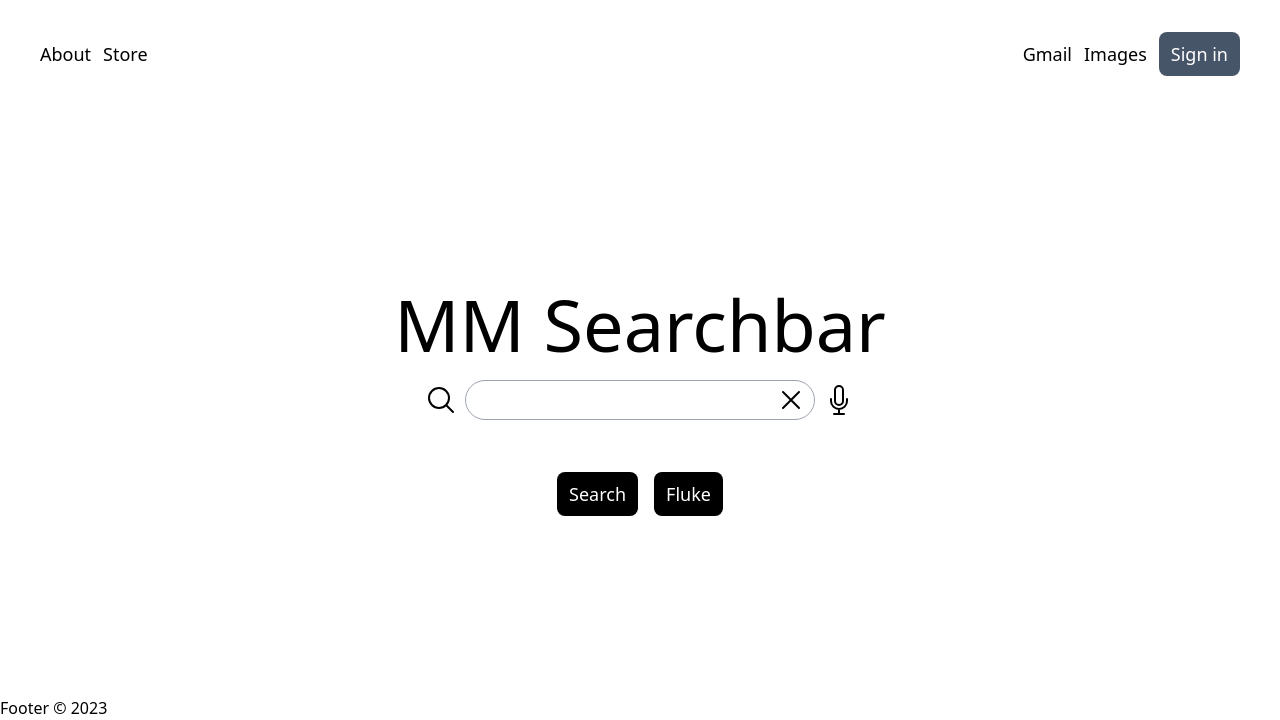
Repository: michalmilek/minigoogle
Page: /
An editor plug-in stored every save of this project. The page is shown before and after the next save, followed by the edit.
The browser window is 1280 px wide. The pictures show the whole page.
The page's requests for data from a server got no answer. The project was rebuilt for these pictures with package versions that can differ from the ones it lists, and the page was loaded fresh each time. The framework's server and built-in components were replaced by stand-ins that run in the browser. No one was signed in, and anything a server would have sent is missing. Also part of the build but not shown: next.config.js.

Above is the page before, as saved 2023-02-13 14:13:28.

After the next save:
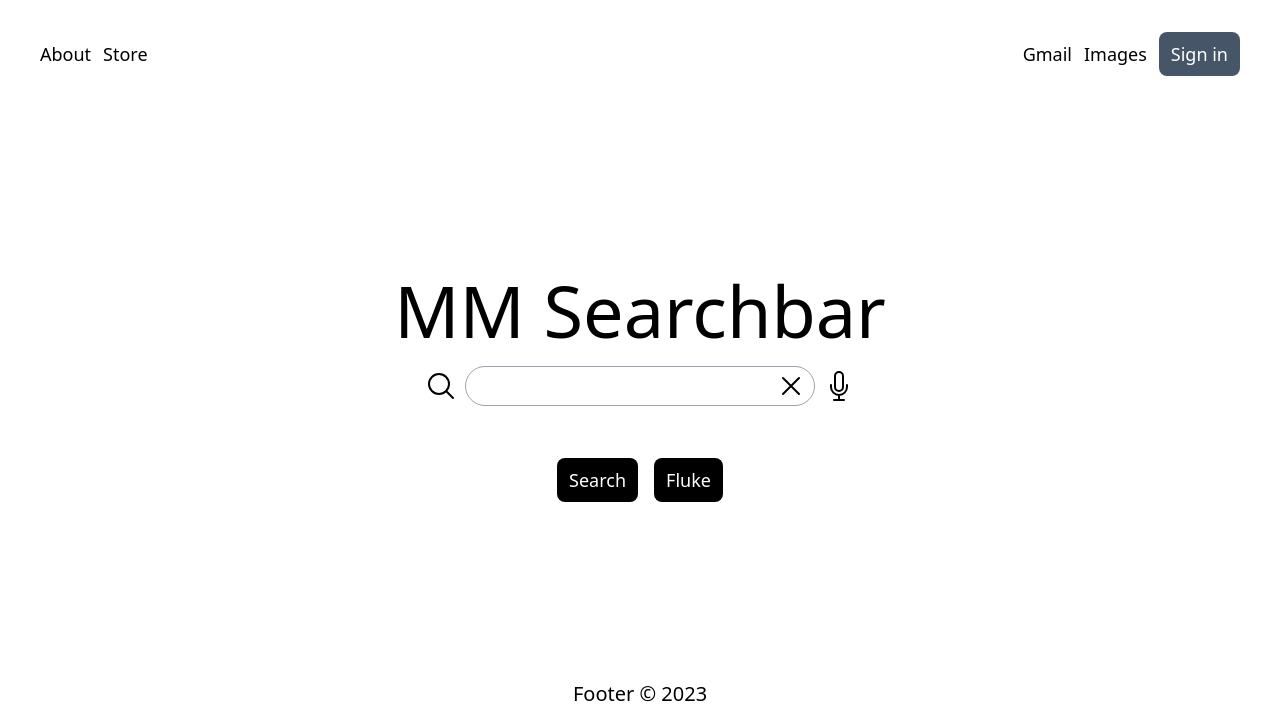
Saved 24 s later.
--- a/components/Footer.tsx
+++ b/components/Footer.tsx
@@ -1,7 +1,11 @@
 import React from "react";
 
 const Footer = () => {
-  return <footer>Footer &copy; {new Date().getFullYear()}</footer>;
+  return (
+    <footer className="flex justify-center items-center py-3 text-xl">
+      Footer &copy; {new Date().getFullYear()}
+    </footer>
+  );
 };
 
 export default Footer;
